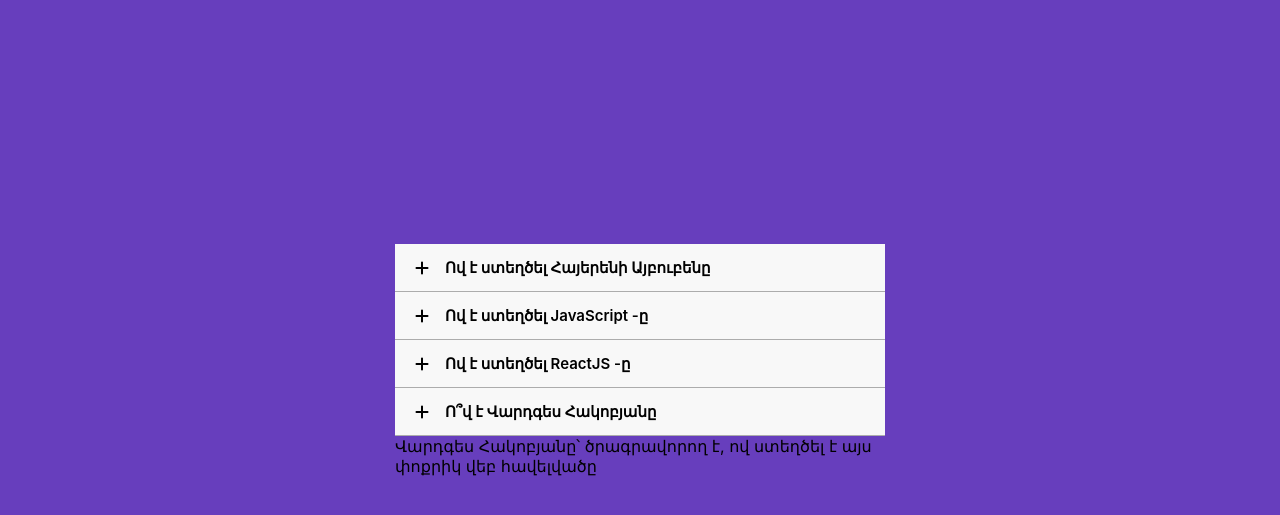
Repository: vardgeshakobyann/Accordion-ReactJS
Page: /
An editor plug-in stored every save of this project. The page is shown before and after the next save, followed by the edit.
The browser window is 1280 px wide. The pictures show the whole page.
The project was rebuilt for these pictures with package versions that can differ from the ones it lists, and the page was loaded fresh each time.

Above is the page before, as saved 2025-06-11 09:41:03.

### public/index.html
<!DOCTYPE html>
<html lang="en">
  <head>
    <meta charset="utf-8" />
    <link rel="icon" href="%PUBLIC_URL%/favicon.ico" />
    <meta name="viewport" content="width=device-width, initial-scale=1" />
    <meta name="theme-color" content="#000000" />
    <meta
      name="description"
      content="Web site created using create-react-app"
    />
    <link rel="apple-touch-icon" href="%PUBLIC_URL%/logo192.png" />
    <!--
      manifest.json provides metadata used when your web app is installed on a
      user's mobile device or desktop. See https://developers.google.com/web/fundamentals/web-app-manifest/
    -->
    <link rel="manifest" href="%PUBLIC_URL%/manifest.json" />
    <!--
      Notice the use of %PUBLIC_URL% in the tags above.
      It will be replaced with the URL of the `public` folder during the build.
      Only files inside the `public` folder can be referenced from the HTML.

      Unlike "/favicon.ico" or "favicon.ico", "%PUBLIC_URL%/favicon.ico" will
      work correctly both with client-side routing and a non-root public URL.
      Learn how to configure a non-root public URL by running `npm run build`.
    -->
      <link rel="stylesheet" href="https://cdnjs.cloudflare.com/ajax/libs/font-awesome/6.7.2/css/all.min.css" integrity="sha512-Evv84Mr4kqVGRNSgIGL/F/aIDqQb7xQ2vcrdIwxfjThSH8CSR7PBEakCr51Ck+w+/U6swU2Im1vVX0SVk9ABhg==" crossorigin="anonymous" referrerpolicy="no-referrer" />
    <title>React App</title>
  </head>
  <body>
    <noscript>You need to enable JavaScript to run this app.</noscript>
    <div id="root"></div>
    <!--
      This HTML file is a template.
      If you open it directly in the browser, you will see an empty page.

      You can add webfonts, meta tags, or analytics to this file.
      The build step will place the bundled scripts into the <body> tag.

      To begin the development, run `npm start` or `yarn start`.
      To create a production bundle, use `npm run build` or `yarn build`.
    -->
  </body>
</html>

### src/index.js
import ReactDOM from 'react-dom/client';
import './index.css';
import App from './App';

const root = ReactDOM.createRoot(document.getElementById('root'));
root.render(<App />);

### src/index.css
* {
  margin: 0;
  padding: 0;
  box-sizing: border-box;
}

body {
  margin: 0;
  font-family: -apple-system, BlinkMacSystemFont, 'Segoe UI', 'Roboto', 'Oxygen',
    'Ubuntu', 'Cantarell', 'Fira Sans', 'Droid Sans', 'Helvetica Neue',
    sans-serif;
  -webkit-font-smoothing: antialiased;
  -moz-osx-font-smoothing: grayscale;
  background: #673EBD;
}

code {
  font-family: source-code-pro, Menlo, Monaco, Consolas, 'Courier New',
    monospace;
}

### src/App.js
import './App.css';
import Accordion from './components/Accordion/Accordion';

function App() {
  return (
    <div className="App">
      <Accordion />
    </div>
  );
}

export default App;

### src/App.css
.App {
  width: 100%;
  height: 100vh;
  display: flex;
  justify-content: center;
  align-items: center;
}

### src/components/Accordion/Accordion.jsx
import './accordion.css';
import { data } from '../../DB';
import AccordionItem from '../AccordionItem/AccordionItem';
import { useState } from 'react';

const Accordion = () => {
    const [accordionData, setAccordionData] = useState(data);
    console.log(accordionData);

    const showItem = (index) => {
        const update = accordionData.map((elm, idx) => {
            return {...elm, isComplited: idx === index};
        })

        setAccordionData(update);
    }

    return (
        <div className="accordion">
            {
                accordionData.map((el, index) => {
                    return (
                        <AccordionItem
                            key={el.id}
                            question={el.question}
                            anwser={el.anwser}
                            el={el}
                            showItem={() => showItem(index)}
                        />
                    )
                })
            }
        </div>
    )
}

export default Accordion;

### src/components/Accordion/accordion.css
.accordion {
    width: 490px;
    border-radius: 4px;
}

### src/DB.js
export const data = [
    {
        id: 1,
        question: "Ով է ստեղծել Հայերենի Այբուբենը",
        answer: "Մեսրոպ Մաշտոցը 405թ -ին 5րդ դարում",
        isComplited: false
    },
    {
        id: 2,
        question: "Ով է ստեղծել JavaScript -ը",
        answer: "JavaScript -ը թողարկվել 1995թ -ին Netscape ընկերության կողմից, նրան ստեղծել է Բրենդան Այկը",
        isComplited: false
    },
    {
        id: 3,
        question: "Ով է ստեղծել ReactJS -ը",
        answer: "ReactJS -ը ստեղծել է meta ընկերությունը 2013թ -ին",
        isComplited: false
    },
    {
        id: 4,
        question: "Ո՞վ է Վարդգես Հակոբյանը",
        anwser: "Վարդգես Հակոբյանը՝ ծրագրավորող է, ով ստեղծել է այս փոքրիկ վեբ հավելվածը",
        isComplited: false
    }
];

### src/components/AccordionItem/AccordionItem.jsx
import './accordionItem.css';

const AccordionItem = ({question, anwser, el, showItem}) => {
    return (
        <div className="accordionItem">
            <div className="header" onClick={showItem}>
                <div className="block">
                    {
                        el.isComplited
                        ?
                        <i className="fa-solid fa-minus"></i>
                        :
                        <i className="fa-solid fa-plus"></i>
                    }
                    <p>{question}</p>
                </div>
            </div>
            <div className="bottom">
                <p>{anwser}</p>
            </div>
        </div>
    )
}

export default AccordionItem;

### src/components/AccordionItem/accordionItem.css
.accordionItem {
    width: 100%;
}

.accordionItem .header {
    width: 100%;
    height: 48px;
    background: #F8F8F8;
    padding: 10px;
    display: flex;
    justify-content: space-between;
    align-items: center;
    border-bottom: 1px solid #acacac;
    cursor: pointer;
}

.accordionItem .header .block {
    display: flex;
    justify-content: center;
    align-items: center;
    gap: 16px;
    padding: 10px;
}

.accordionItem .header .block p {
    font-weight: 600;
    font-size: 15px;
}

.accordionItem .bottom {
    width: 100%;
}

After the next save:
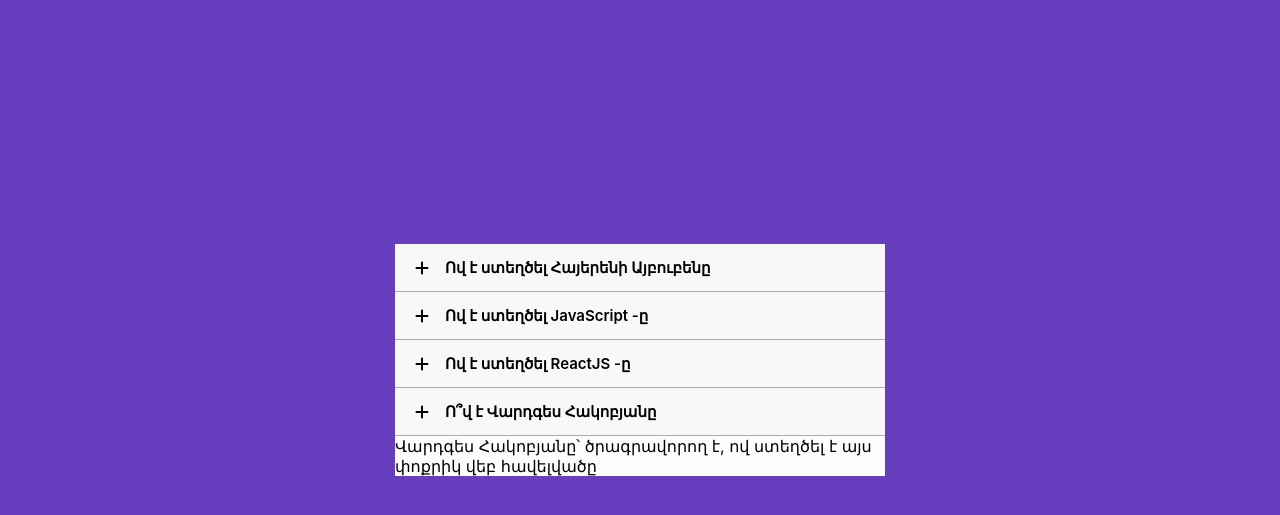
Saved 24 s later.
--- a/src/components/AccordionItem/accordionItem.css
+++ b/src/components/AccordionItem/accordionItem.css
@@ -29,4 +29,5 @@
 
 .accordionItem .bottom {
     width: 100%;
+    background: #FDFDFD;
 }
